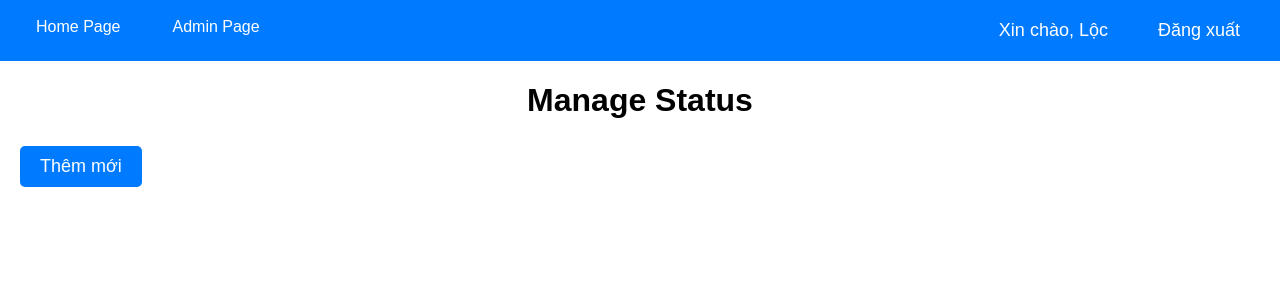
Repository: Loc2804/LTM
Page: http://localhost/RestaurantProject/ManageStatus.jsp
An editor plug-in stored every save of this project. The page is shown before and after the next save, followed by the edit.
The browser window is 1280 px wide. The pictures show the whole page.
The page is served by Tomcat 10. Other server files are loaded and not shown.

Above is the page before, as saved 2024-12-07 18:04:44.

### RestaurantProject/src/main/webapp/ManageStatus.jsp
<%@page import="Model.BEAN.User"%>
<%@ page language="java" contentType="text/html; charset=UTF-8"
    pageEncoding="UTF-8"%>
<!DOCTYPE html>
<html>
<head>
<meta charset="UTF-8">
<title>Manage Status</title>
<style>
    body {
        font-family: Arial, sans-serif;
        margin: 0;
        padding: 0;
    }
    h1{
    	text-align: center;
    }
    .navbar {
        background-color: #007BFF; /* Màu xanh chủ đạo */
        overflow: hidden;
        display: flex;
        justify-content: space-between;
        padding: 10px 20px;
    }
    .navbar a {
        color: white;
        text-decoration: none;
        padding: 8px 16px;
        font-size: 16px;
    }
    .navbar a:hover {
        background-color: #0056b3; /* Màu xanh đậm hơn khi hover */
        border-radius: 4px;
    }
    .links {
        display: flex;
        gap: 20px;
    }
    .content {
        margin: 20px;
    }
    .content a {
        display: inline-block;
        background-color: #007BFF; /* Màu nền xanh chủ đạo */
        color: white;
        text-decoration: none;
        padding: 10px 20px;
        border-radius: 5px;
        margin: 5px 0;
        font-size: 18px;
    }
    .content a:hover {
        background-color: #0056b3; /* Màu nền xanh đậm hơn khi hover */
    }
    .btn-logout {
        background-color: #007BFF; /* Màu nền xanh chủ đạo */
        color: white; /* Màu chữ */
        text-decoration: none;
        padding: 10px 20px; /* Khoảng cách bên trong */
        border: none; /* Bỏ viền */
        border-radius: 5px; /* Bo góc */
        font-size: 18px; /* Kích thước chữ */
        cursor: pointer; /* Thay đổi con trỏ khi hover */
    }

    .btn-logout:hover {
        background-color: #0056b3; /* Màu nền xanh đậm hơn khi hover */
    }

    .btn-logout:focus {
        outline: none; /* Bỏ viền focus mặc định */
    }
    .group-btn{
    	margin-top:10px;
    }
    .welcome-user{
    	display: flex;
    	gap:30px;
    }
    .welcome-user span{
    	margin-top:10px;
    	font-size: 18px;
    	color: white;
    }
</style>
</head>
<body>

        <%
        	User user = (User) session.getAttribute("user");
        	if(user != null && user.getRole() != null){
        %>
      <div class="navbar">
       <div class="links">
           <a href="WelcomeUser.jsp">Home Page</a>
           <a href="WelcomeAdmin.jsp">Admin Page</a>
       </div>
        <div class="group-btn">
            <a href="Login.jsp">Đăng nhập</a>
            <a href="Register.jsp">Đăng ký</a>
        </div>
     </div>
     <div class="content">
       	<h1>Bạn cần đăng nhập để thực hiện chức năng này</h1>
   	</div>
        <% }
        	else{
        %>
        <div class="navbar">
	       <div class="links">
	           <a href="WelcomeUser.jsp">Home Page</a>
	           <a href="WelcomeAdmin.jsp">Admin Page</a>
	       </div>
	        <form action="Authcontroller" method="post">
	        	<div class="welcome-user">
	        		<span>Xin chào, Lộc</span>
	            	<button class="btn-logout" type="submit">Đăng xuất</button>
	            	<input  type="hidden" value="logout" name="action">
	        	</div>
	        </form>
        </div>
        <div class="content">
       		<h1>Manage Status</h1>
       		<a href="ManageRole.jsp">Thêm mới</a>
   		</div>
        <%
        	}
        %>
</body>
</html>

After the next save:
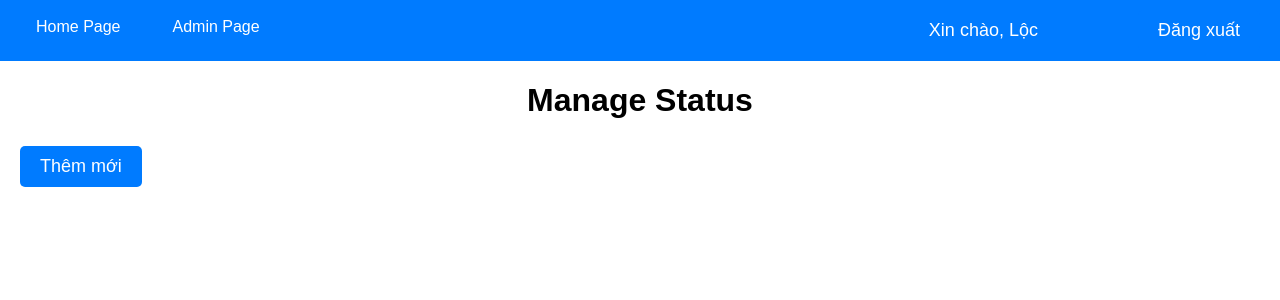
Saved 8 s later.
--- a/RestaurantProject/src/main/webapp/ManageStatus.jsp
+++ b/RestaurantProject/src/main/webapp/ManageStatus.jsp
@@ -75,7 +75,7 @@
     }
     .welcome-user{
     	display: flex;
-    	gap:30px;
+    	gap:100px;
     }
     .welcome-user span{
     	margin-top:10px;
